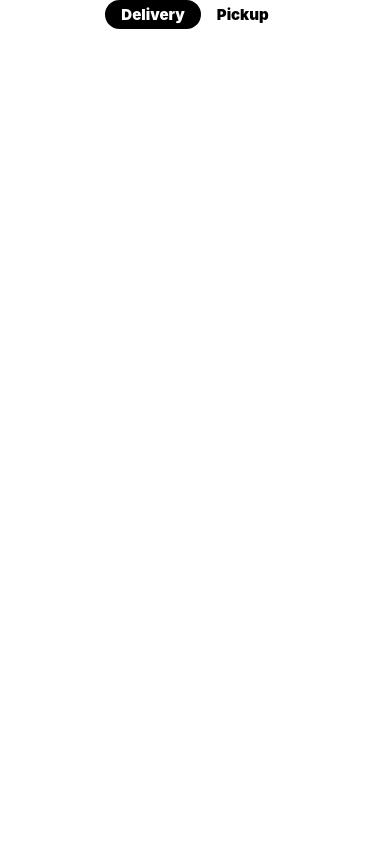
Repository: MoussaAKHYAR/uber-eats-app-react-native
Screen: /
The author's editor kept a copy of each file at every save. The screen is drawn from the files as they stood at one save, then again after the next save.
The app was drawn by React Native's web renderer in a window 390 px wide. The project was rebuilt for these pictures with package versions that can differ from the ones it lists, and the page was loaded fresh each time.

Above is the screen before, as saved 2022-06-29 15:41:31.

### App.js
import { StatusBar } from 'expo-status-bar';
import { StyleSheet, Text, View } from 'react-native';
import Home from './screens/Home';

export default function App() {
  return (
    <Home/>
  );
}

const styles = StyleSheet.create({
  container: {
    flex: 1,
    backgroundColor: '#fff',
    alignItems: 'center',
    justifyContent: 'center',
  },
});

### screens/Home.js
import { View, Text, SafeAreaView } from 'react-native'
import React from 'react'
import HeaderTabs from '../components/HeaderTabs'

export default function Home() {
  return (
    <SafeAreaView>
      <HeaderTabs/>
    </SafeAreaView>
  )
}

### components/HeaderTabs.js
import { View, Text, TouchableOpacity } from 'react-native'
import React from 'react'

export default function HeaderTabs() {
    return (
        <View style={{flexDirection:"row", alignSelf:"center"}}>
            <HeaderButton text="Delivery" btnColor="black" textColor="white"/>
            <HeaderButton text="Pickup" btnColor="white" textColor="black"/>
        </View>
    )
}

const HeaderButton = (props) => (
    <TouchableOpacity style={{
        backgroundColor: props.btnColor,
        paddingVertical:5,
        paddingHorizontal:16,
        borderRadius:30

    }}>
        <Text style={{color:props.textColor, fontSize:15, fontWeight:"900"}}>{props.text}</Text>
    </TouchableOpacity>
);

After the next save:
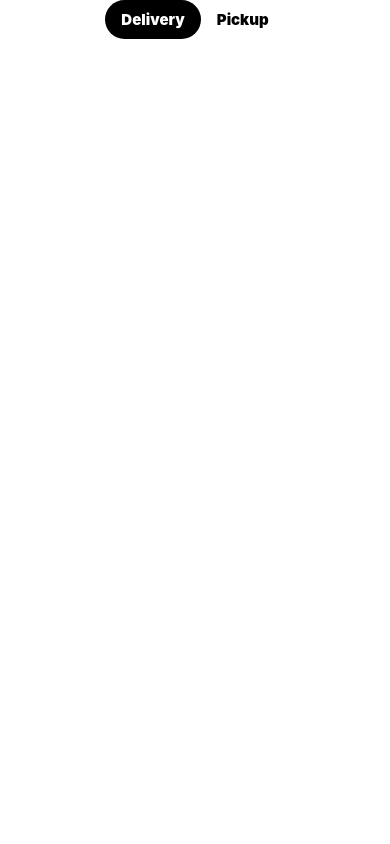
Saved 6 s later.
--- a/components/HeaderTabs.js
+++ b/components/HeaderTabs.js
@@ -13,7 +13,7 @@ export default function HeaderTabs() {
 const HeaderButton = (props) => (
     <TouchableOpacity style={{
         backgroundColor: props.btnColor,
-        paddingVertical:5,
+        paddingVertical:10,
         paddingHorizontal:16,
         borderRadius:30
 
